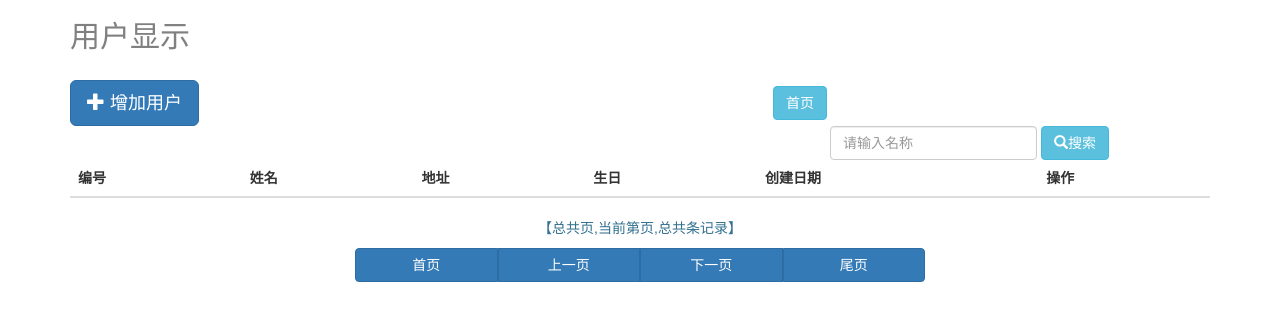
Repository: hby1402/ssm-crud
Page: http://localhost/ssm-crud/WEB-INF/jsp/queryAllUsers.jsp
The author's editor kept a copy of each file at every save. The page is drawn from the files as they stood at one save, then again after the next save.
The browser window is 1280 px wide. The pictures show the whole page.
The page is served by Tomcat 9. Nobody is signed in. The template is opened directly, without the code that normally fills it, so the values that code supplies are empty.

Above is the page before, as saved 2021-07-25 12:56:22.
Console error (its wording comes from the project's code and is left out).

After the next save:
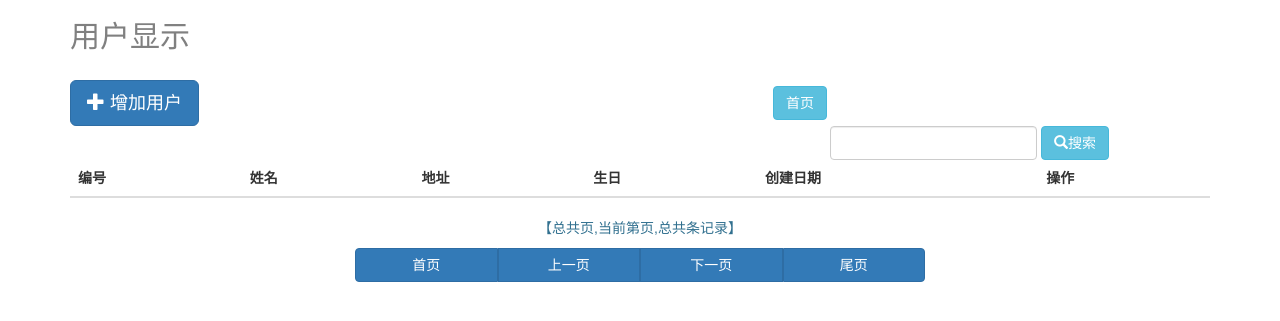
Saved 28 s later.
--- a/ssm-crud/src/main/webapp/WEB-INF/jsp/queryAllUsers.jsp
+++ b/ssm-crud/src/main/webapp/WEB-INF/jsp/queryAllUsers.jsp
@@ -24,7 +24,7 @@
 
 		<form action="/queryAllUsers" class="form-inline col-md-offset-8">
 			<input type="text" name="name" class="form-control" value="${name}"
-				placeholder="请输入名称">
+				>
 			<button type="submit" class="btn btn-info">
 				<span class="glyphicon glyphicon-search"></span>搜索
 			</button>

After the save that followed:
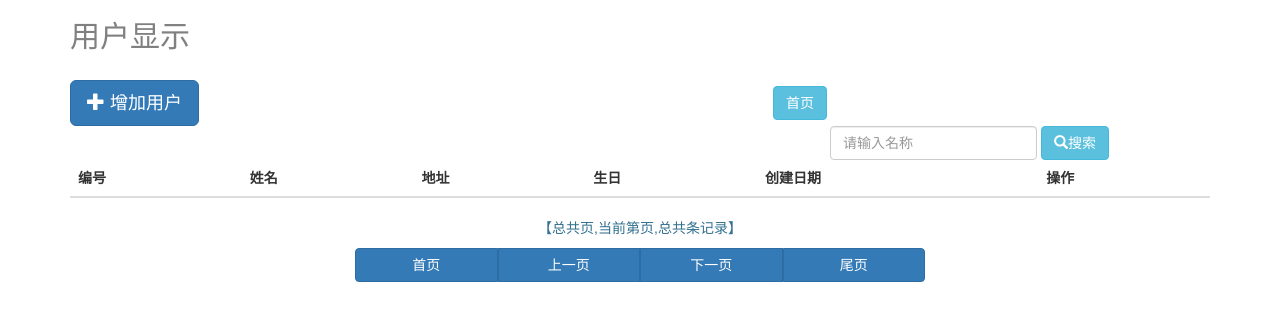
Saved 11 s later.
--- a/ssm-crud/src/main/webapp/WEB-INF/jsp/queryAllUsers.jsp
+++ b/ssm-crud/src/main/webapp/WEB-INF/jsp/queryAllUsers.jsp
@@ -24,7 +24,7 @@
 
 		<form action="/queryAllUsers" class="form-inline col-md-offset-8">
 			<input type="text" name="name" class="form-control" value="${name}"
-				>
+				placeholder="请输入名称">
 			<button type="submit" class="btn btn-info">
 				<span class="glyphicon glyphicon-search"></span>搜索
 			</button>
